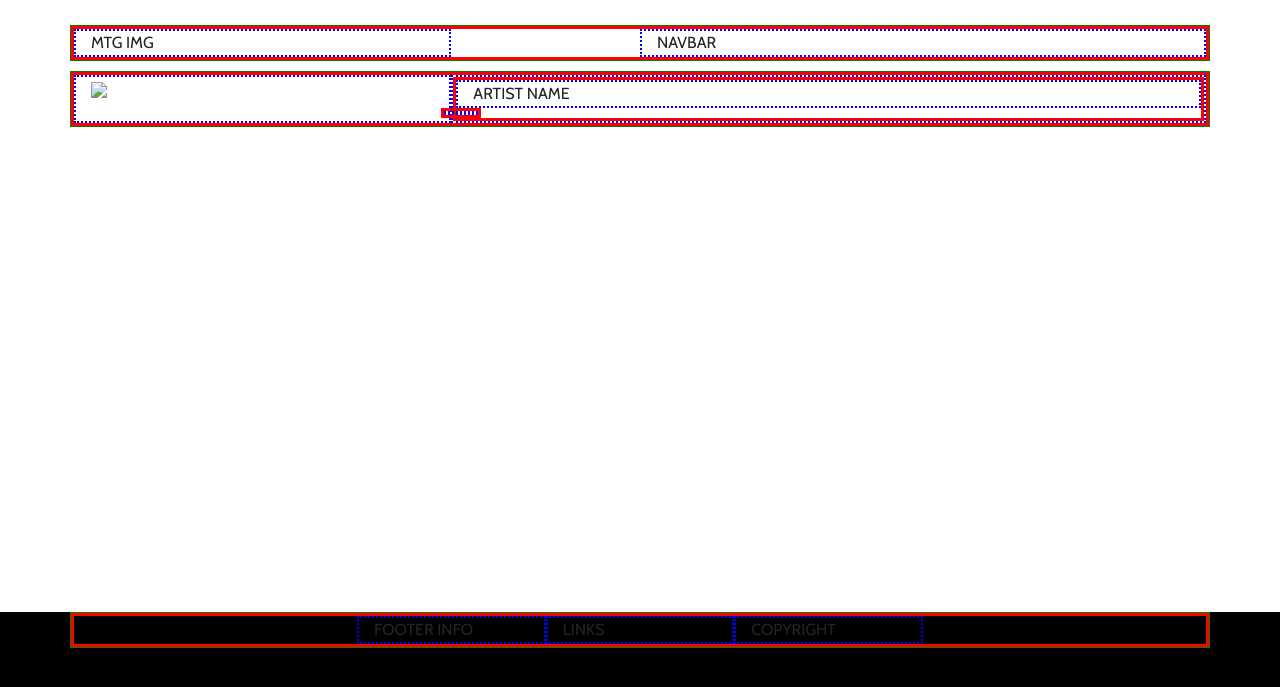
Repository: Code-Institute-Submissions/Milestone-Project-1-Art-Blog
Page: artisttemp.html
The author's editor kept a record of every edit. The page is drawn from the files as they stood at one moment, then again after the next edit.
The browser window is 1280 px wide. The pictures show the whole page.
Some web libraries are served in a nearby version.

Above is the page before.

After the next edit:
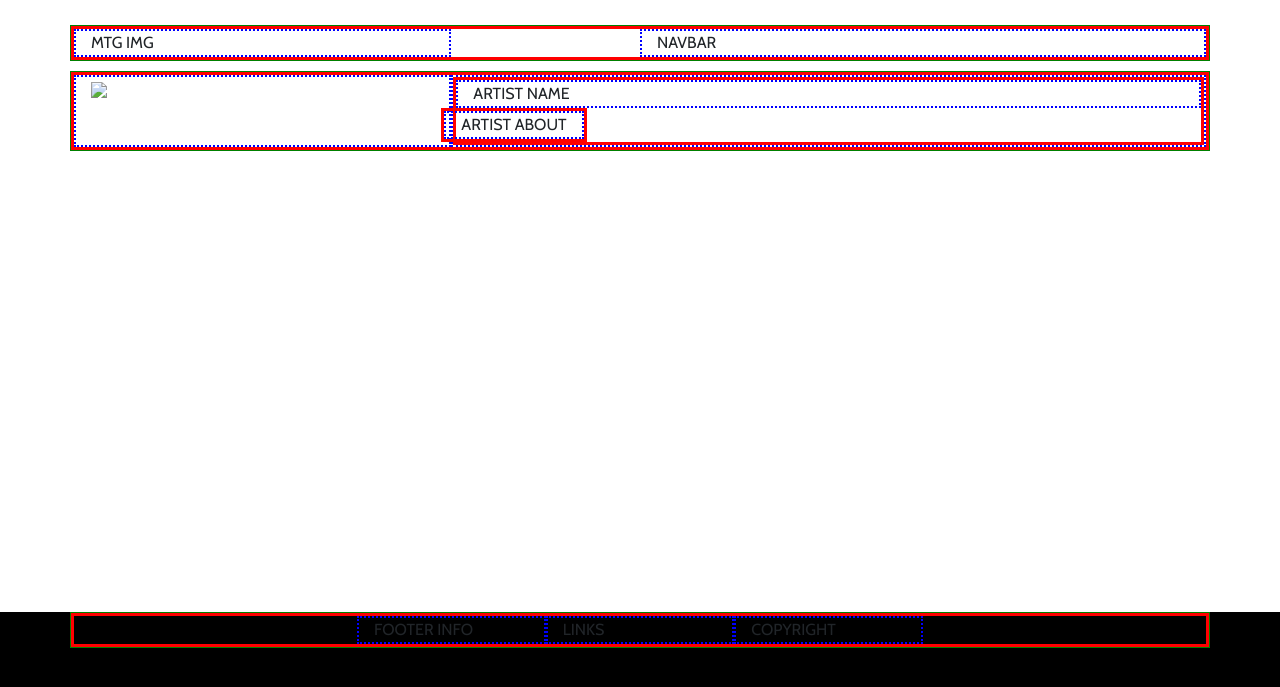
The edit:
--- a/artisttemp.html
+++ b/artisttemp.html
@@ -40,7 +40,7 @@
                         </div>
                         <div class="row my-row">
                             <div class="col-12 my-col">
-
+                                ARTIST ABOUT
                             </div>
                         </div>
                     </div>
